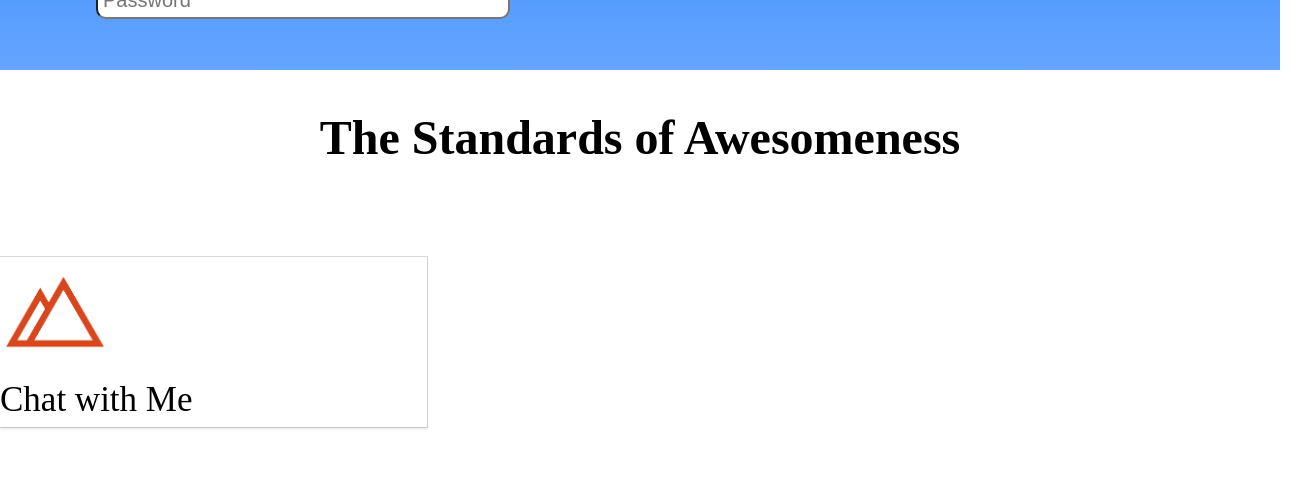
Repository: jesar-enl/My-CSS-Website
Page: index.html
These files come from the project's save history. The page is drawn as it stood at one moment and after a run of saves; the edit follows.
The browser window is 1280 px wide. The page is 1296 px wide, so the pictures cover 1296 px, including what lies to the right of the window. The pictures show the part of the page from y = 430 to 908 px (the page is 908 px tall).

Above is the page before, as saved 2022-07-27 12:48:14.

After the next 3 saves:
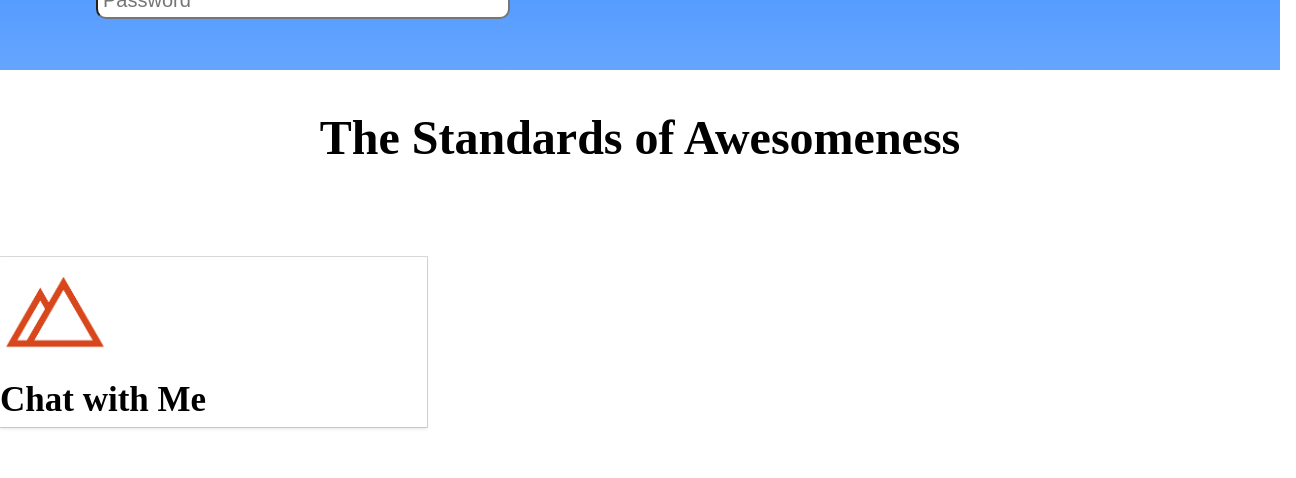
The 3 saves are shown as one change because they came seconds apart.
The last was saved 7 s later.
--- a/style.css
+++ b/style.css
@@ -13,7 +13,7 @@ body {
 
 label {
   font-size: 35px;
-  font
+  font-weight: bold;
 }
 
 .container {
